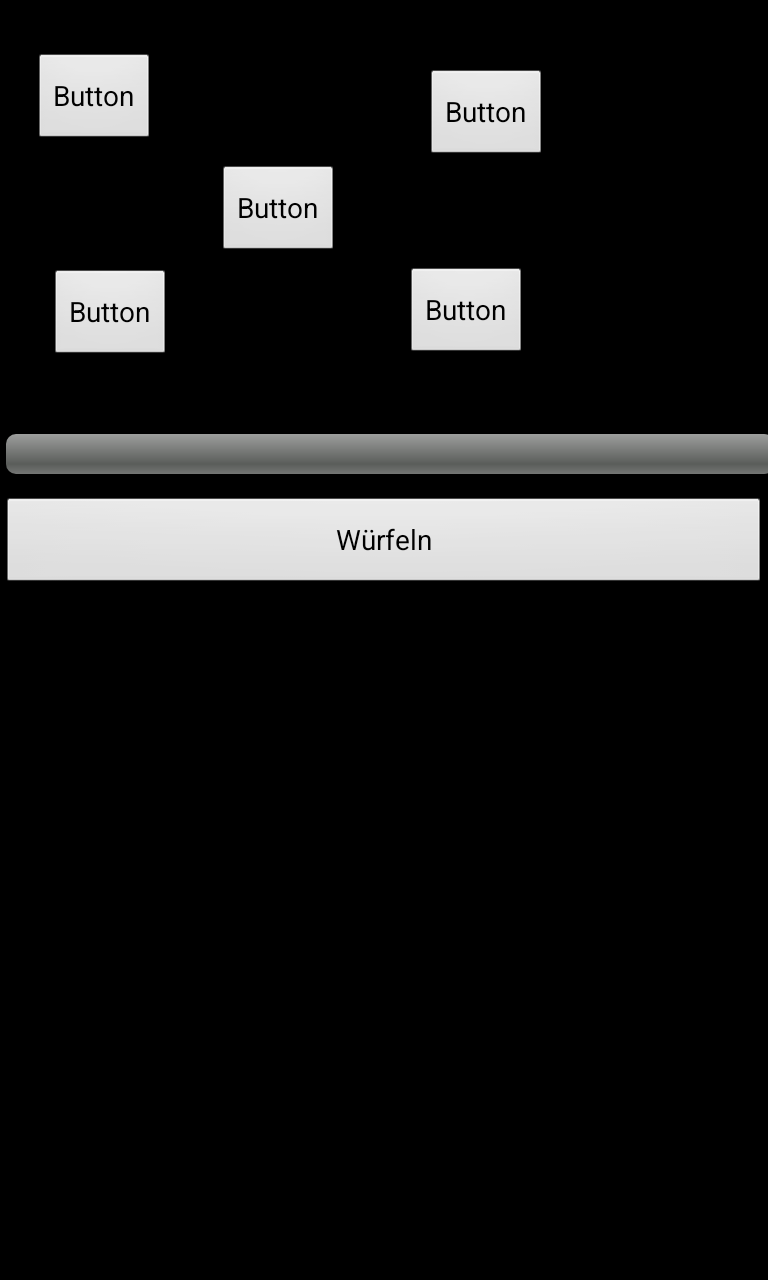
Repository: Lemkerene/App
Layout: kniffel/res/layout/wurfel.xml
These files come from the project's save history. The layout is drawn as it stood at one moment and after the next save; the edit follows.
It is drawn on a 768 x 1280 px phone screen (xhdpi) without system bars, with theme android:Theme; the app's code is not run.

Above is the layout before, as saved 2012-08-01 11:43:51.

### kniffel/res/layout/wurfel.xml
<?xml version="1.0" encoding="utf-8"?>
<AbsoluteLayout xmlns:android="http://schemas.android.com/apk/res/android"
    android:id="@+id/AbsoluteLayout1"
    android:layout_width="fill_parent"
    android:layout_height="fill_parent" >

    <Button
        android:id="@+id/button3"
        android:layout_width="wrap_content"
        android:layout_height="wrap_content"
        android:layout_x="24dp"
        android:layout_y="134dp"
        android:text="Button" />

    <ProgressBar
        android:id="@+id/progressBar1"
        style="?android:attr/progressBarStyleHorizontal"
        android:layout_width="match_parent"
        android:layout_height="wrap_content"
        android:layout_x="3dp"
        android:layout_y="217dp" />

    <Button
        android:id="@+id/button4"
        android:layout_width="wrap_content"
        android:layout_height="wrap_content"
        android:layout_x="202dp"
        android:layout_y="133dp"
        android:text="Button" />

    <Button
        android:id="@+id/button5"
        android:layout_width="wrap_content"
        android:layout_height="wrap_content"
        android:layout_x="108dp"
        android:layout_y="82dp"
        android:text="Button" />

    <Button
        android:id="@+id/button2"
        android:layout_width="wrap_content"
        android:layout_height="wrap_content"
        android:layout_x="212dp"
        android:layout_y="34dp"
        android:text="Button" />

    <Button
        android:id="@+id/button1"
        android:layout_width="wrap_content"
        android:layout_height="wrap_content"
        android:layout_x="16dp"
        android:layout_y="26dp"
        android:text="Button" />


    <Button
        android:id="@+id/button6"
        android:layout_width="match_parent"
        android:layout_height="wrap_content"
        android:layout_x="0dp"
        android:layout_y="248dp"
        android:onClick="OnClickW"
        android:text="@string/wurf" />

</AbsoluteLayout>

### kniffel/res/values/strings.xml
<?xml version="1.0" encoding="utf-8"?>
<resources>

    <string name="hello">Hello World, KniffelActivity!</string>
    <string name="app_name">Kniffel</string>
    <color name="myColor">#ff0000</color>

    <string name="einer">Einer</string>
    <string name="zweier">Zweier</string>
    <string name="dreier">Dreier</string>
    <string name="vierer">Vierer</string>
    <string name="funfer">Fünferer</string>
    <string name="sechser">Sechser</string>

    <string name="dreierpasch">Dreier Pasch</string>
    <string name="viererpasch">Vierer Pasch</string>
    <string name="fullhouse">Fullhouse</string>
    <string name="kleinestr">Kleine Strasse</string>
    <string name="grostr">Große Strasse</string>
    <string name="kniffel">Kniffel</string>
    <string name="chance">Chance</string>

    <string name="gesoben">Gesamt Oben</string>
    <string name="gesoben2">Gesamt Oben mit Bonus</string>
    <string name="gesunten">Gesamt Unten</string>
    <string name="ges">Gesamt</string>
    <string name="bon">Bonus</string>
    <string name="wurf">Würfeln</string>




</resources>

After the next save:
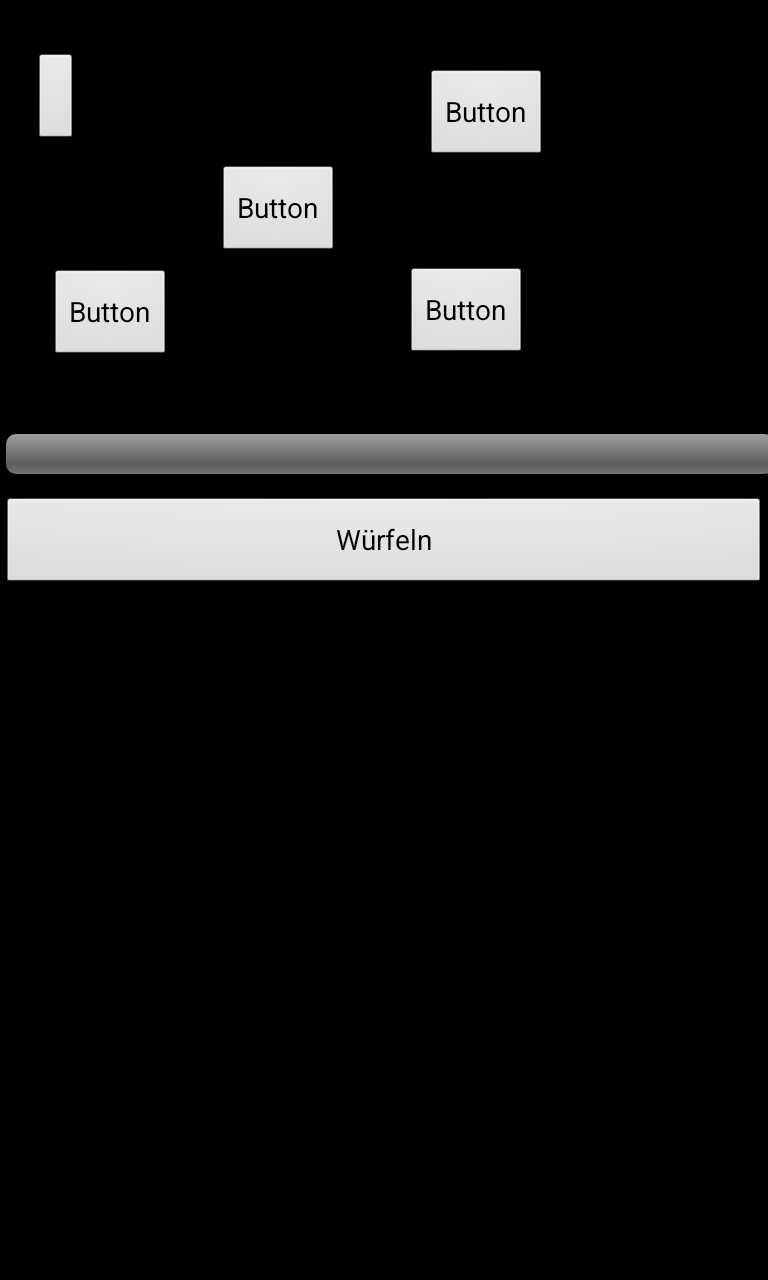
Saved 4 min 5 s later.
--- a/kniffel/res/layout/wurfel.xml
+++ b/kniffel/res/layout/wurfel.xml
@@ -45,12 +45,11 @@
         android:text="Button" />
 
     <Button
-        android:id="@+id/button1"
+        android:id="wu1"
         android:layout_width="wrap_content"
         android:layout_height="wrap_content"
         android:layout_x="16dp"
-        android:layout_y="26dp"
-        android:text="Button" />
+        android:layout_y="26dp"/>
 
 
     <Button
